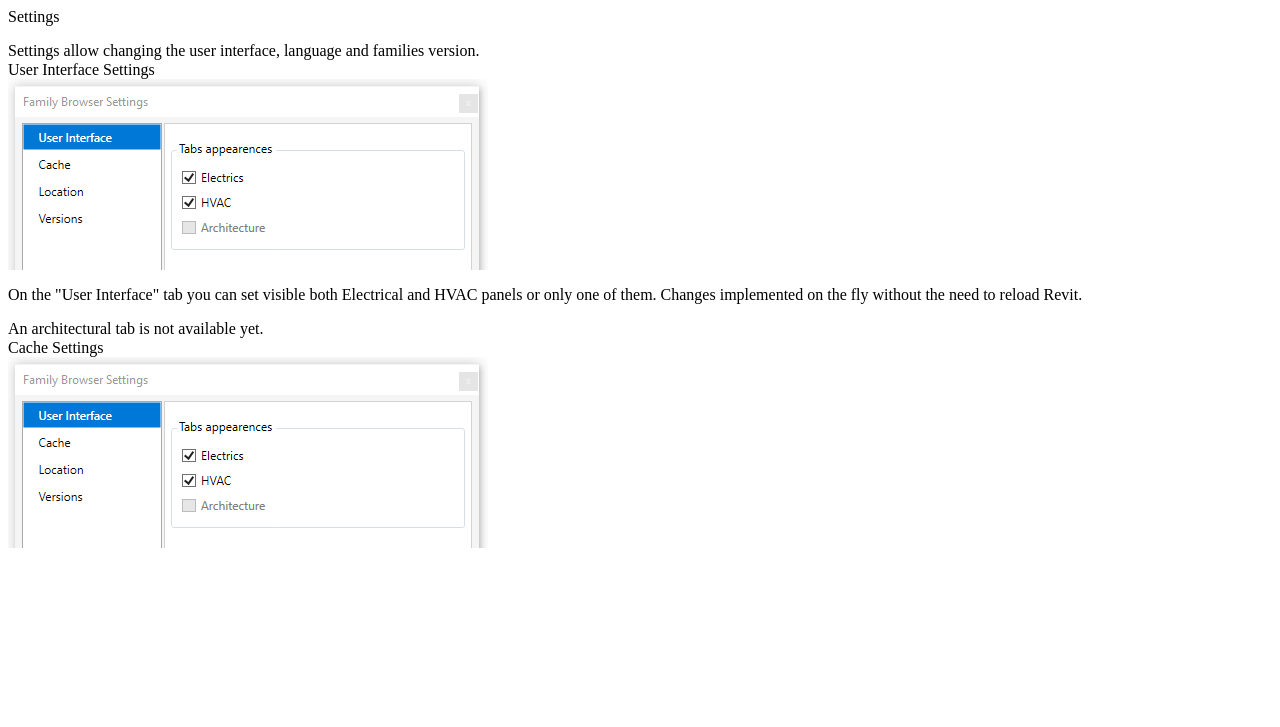
Repository: RomanLavrov/FamilyBrowserUserGuide
Page: http://localhost/FamilyBrowser/application/views/en/settings_view.php
An editor plug-in stored every save of this project. The page is shown before and after a run of saves, followed by the edit.
The browser window is 1280 px wide. The pictures show the whole page.
The page is run by PHP 8.4 with error messages shown; the project is at /var/www/html/.

Above is the page before, as saved 2019-10-23 15:40:11.

### FamilyBrowser/application/views/en/settings_view.php
<div class="article-header">Settings</div>
<div class="article-content" style="margin-bottom:-15px;">
      <p>
            Settings allow changing the user interface, language and families version.
      </p>
</div>

<div class="article-header">User Interface Settings</div>
<div class="article-content" style="margin-bottom:-15px;">
      <div class="row">
            <div class="col-md-5" style="min-width:480px">
                  <img style="margin-left:0" class="illustration" src="/FamilyBrowser/images/Tab_Settings_en.png" alt="" />
            </div>

            <div class="col-md-5">
                  <p>On the "User Interface" tab you can set visible both Electrical and HVAC panels or only one of them.
                        Changes implemented on the fly without the need to reload Revit. </p>
                  <p>An architectural tab is not available yet.</p>
            </div>
      </div>
</div>

<div class="article-header">Cache Settings</div>
<div class="article-content" style="margin-bottom:-15px;">
      <div class="row">
            <div class="col-md-5" style="min-width:480px">
            <img style="margin-left:0" class="illustration" src="/FamilyBrowser/images/Tab_Settings_en.png" alt="" />
            </div>
            <div class="col-md-5">
            </div>
      </div>
</div>

After the next 2 saves:
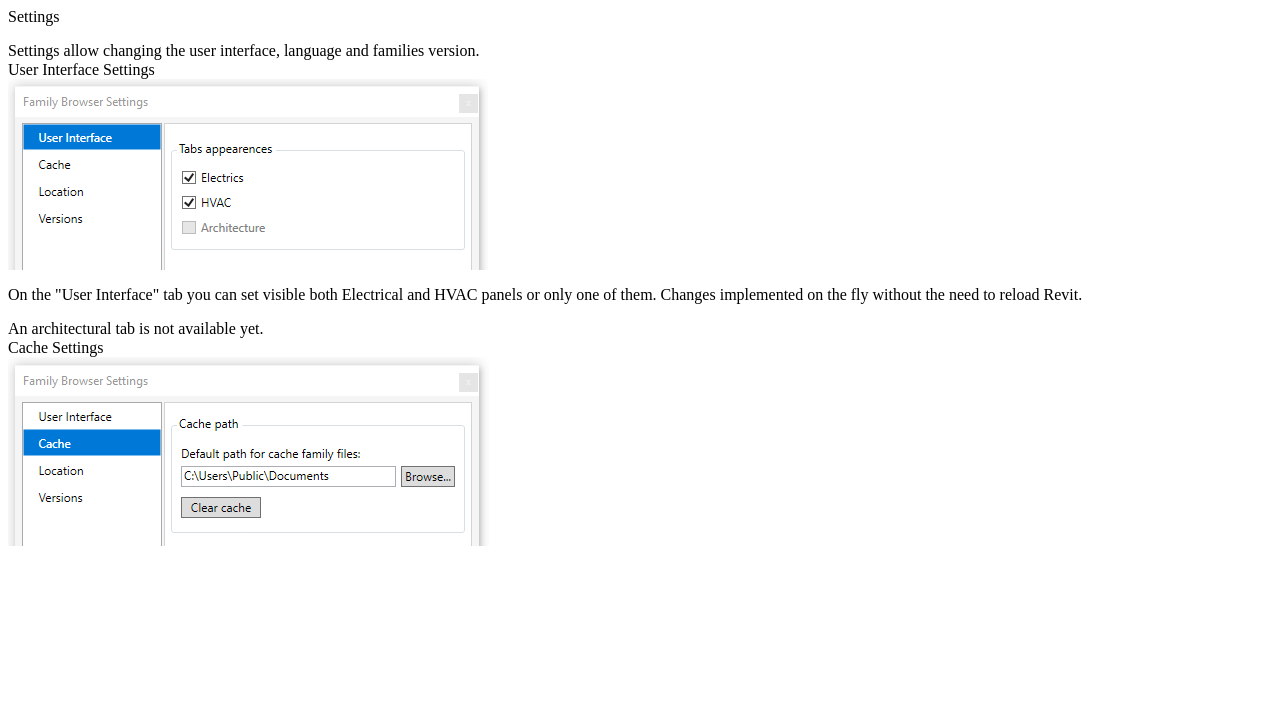
The 2 saves are shown as one change because they came seconds apart.
The last was saved 8 s later.
--- a/FamilyBrowser/application/views/en/settings_view.php
+++ b/FamilyBrowser/application/views/en/settings_view.php
@@ -24,7 +24,7 @@
 <div class="article-content" style="margin-bottom:-15px;">
       <div class="row">
             <div class="col-md-5" style="min-width:480px">
-            <img style="margin-left:0" class="illustration" src="/FamilyBrowser/images/Tab_Settings_en.png" alt="" />
+            <img style="margin-left:0" class="illustration" src="/FamilyBrowser/images/Tab_Cache_en.png" alt="" />
             </div>
             <div class="col-md-5">
             </div>
